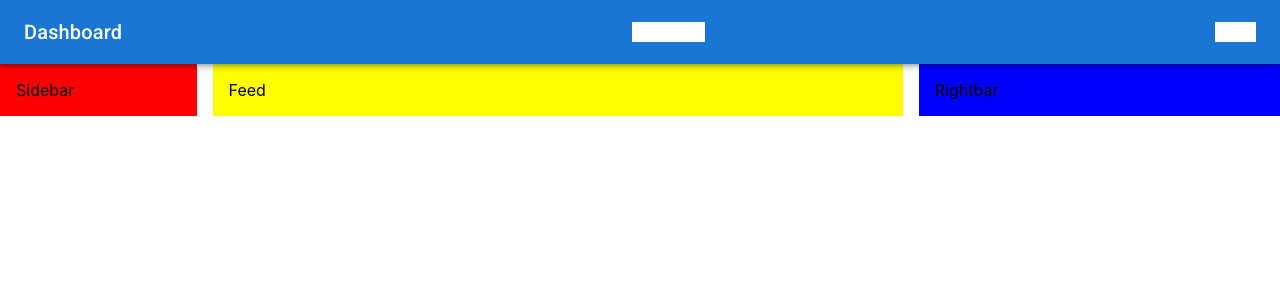
Repository: abubaker-cs/mui5_dashboard
Page: /
An editor plug-in stored every save of this project. The page is shown before and after the next save, followed by the edit.
The browser window is 1280 px wide. The pictures show the whole page.
The project was rebuilt for these pictures with package versions that can differ from the ones it lists, and the page was loaded fresh each time. Also part of the build but not shown: src/App.css.

Above is the page before, as saved 2022-07-17 06:01:45.

### public/index.html
<!DOCTYPE html>
<html lang="en">
  <head>
    <meta charset="utf-8" />
    <link rel="icon" href="%PUBLIC_URL%/favicon.ico" />
    <meta name="viewport" content="width=device-width, initial-scale=1" />
    <meta name="theme-color" content="#000000" />
    <meta
      name="description"
      content="Web site created using create-react-app"
    />
    <link rel="apple-touch-icon" href="%PUBLIC_URL%/logo192.png" />

    <link rel="manifest" href="%PUBLIC_URL%/manifest.json" />
    <link
      rel="stylesheet"
      href="https://fonts.googleapis.com/css?family=Roboto:300,400,500,700&display=swap"
    />
    <link
      rel="stylesheet"
      href="https://fonts.googleapis.com/icon?family=Material+Icons"
    />

    <title>React App</title>
  </head>
  <body>
    <noscript>You need to enable JavaScript to run this app.</noscript>
    <div id="root"></div>
  </body>
</html>

### src/App.js
import "./App.css";
import Sidebar from "./components/Sidebar";
import Feed from "./components/Feed";
import Rightbar from "./components/Rightbar";
import { Box, Stack } from "@mui/material";
import Navbar from "./components/Navbar";

function App() {
  return (
    <Box>
      <Navbar />
      <Stack direction="row" spacing={2} justifyContent="space-evenly">
        <Sidebar />
        <Feed />
        <Rightbar />
      </Stack>
    </Box>
  );
}

export default App;

### src/components/Sidebar.jsx
import { Box } from "@mui/material";
import React from "react";

const Sidebar = () => {
  return (
    <Box
      bgcolor="red"
      flex={1}
      p={2}
      sx={{ display: { xs: "none", sm: "block" } }}
    >
      Sidebar
    </Box>
  );
};

export default Sidebar;

### src/components/Feed.jsx
import { Box } from "@mui/material";
import React from "react";

const Feed = () => {
  return (
    <Box bgcolor="yellow" flex={4} p={2}>
      Feed
    </Box>
  );
};

export default Feed;

### src/components/Rightbar.jsx
import { Box } from "@mui/material";
import React from "react";

const Rightbar = () => {
  return (
    <Box
      bgcolor="blue"
      flex={2}
      p={2}
      sx={{ display: { xs: "none", sm: "block" } }}
    >
      Rightbar
    </Box>
  );
};

export default Rightbar;

### src/components/Navbar.jsx
import { Dashboard } from "@mui/icons-material";
import { AppBar, Toolbar, styled, Typography, Box } from "@mui/material";
import React from "react";

// Base styles for custom Toolbar wrapper | flex justify = space-between
const StyledToolbar = styled(Toolbar)({
  display: "flex",
  justifyContent: "space-between",
});

//
const Search = styled("div")(({ theme }) => ({
  backgroundColor: "white",
  padding: "0 10px",
}));

const Icons = styled(Box)(({ theme }) => ({
  backgroundColor: "white",
}));

const Navbar = () => {
  return (
    <AppBar position="sticky">
      <StyledToolbar>
        <Typography
          variant="h6"
          sx={{
            display: {
              xs: "none",
              sm: "block",
            },
          }}
        >
          Dashboard
        </Typography>
        <Dashboard
          sx={{
            display: {
              xs: "block",
              sm: "none",
            },
          }}
        />
        <Search>Search</Search>
        <Icons>Icons</Icons>
      </StyledToolbar>
    </AppBar>
  );
};

export default Navbar;

Loaded but not shown: src/index.js (common file); src/index.css (common file)

After the next save:
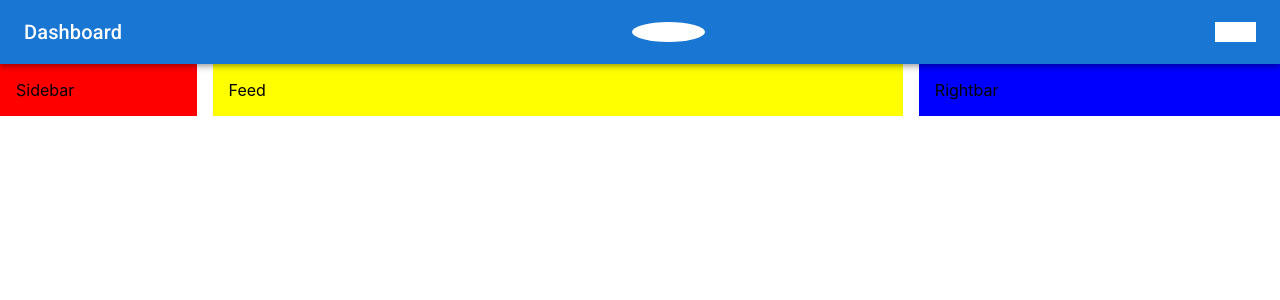
Saved 23 s later.
--- a/src/components/Navbar.jsx
+++ b/src/components/Navbar.jsx
@@ -12,6 +12,7 @@ const StyledToolbar = styled(Toolbar)({
 const Search = styled("div")(({ theme }) => ({
   backgroundColor: "white",
   padding: "0 10px",
+  borderRadius: "50%",
 }));
 
 const Icons = styled(Box)(({ theme }) => ({
